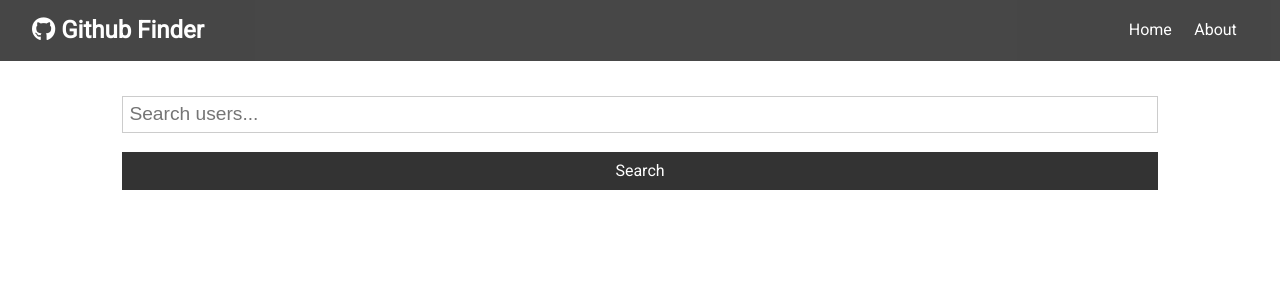
Repository: chinmayparab/github-finder
Page: /
The author's editor kept a copy of each file at every save. The page is drawn from the files as they stood at one save, then again after the next save.
The browser window is 1280 px wide. The pictures show the whole page.
Some web libraries are served in a nearby version. The project was rebuilt for these pictures with package versions that can differ from the ones it lists, and the page was loaded fresh each time. Also part of the build but not shown: src/components/layout/Alert.js, src/components/users/UserItem.js, src/components/layout/Spinner.js, src/components/pages/About.js. Imported but missing from the stored project, and not drawn on this page: src/components/users/User.

Above is the page before, as saved 2020-06-28 20:53:56.

### src/App.js
import React, { useState, Fragment } from "react";
import { BrowserRouter as Router, Switch, Route } from "react-router-dom";
import Navbar from "./components/layout/Navbar";
import Alert from "./components/layout/Alert";
import Users from "./components/users/Users";
import User from "./components/users/User";
import Search from "./components/users/Search";
import About from "./components/pages/About";
import axios from "axios";

import GithubState from "./context/github/GithubState";

import "./App.css";

const App = () => {
  const [users, setUsers] = useState([]);
  const [user, setUser] = useState({});
  const [repos, setRepos] = useState([]);
  const [loading, setLoading] = useState(false);
  const [alert, setAlert] = useState(null);

  // async componentDidMount() {
  //   this.setState({ loading: true });
  //   const res = await axios.get(
  //     `https://api.github.com/users?client_id=${process.env.REACT_APP_GITHUB_CLIENT_ID}&client_secret=${process.env.REACT_APP_GITHUB_CLIENT_SECRET}`
  //   );
  //   this.setState({ users: res.data, loading: false });
  // }

  // Searchy

  // Get specific users
  const getUser = async (username) => {
    setLoading(true);

    const res = await axios.get(
      `https://api.github.com/users/${username}?client_id=${process.env.REACT_APP_GITHUB_CLIENT_ID}&client_secret=${process.env.REACT_APP_GITHUB_CLIENT_SECRET}`
    );
    setUser(res.data);
    setLoading(false);
  };

  // get user repositories
  const getUserRepos = async (username) => {
    setLoading(true);

    const res = await axios.get(
      `https://api.github.com/users/${username}/repos?per_page=5&sort=created:asc&client_id=${process.env.REACT_APP_GITHUB_CLIENT_ID}&client_secret=${process.env.REACT_APP_GITHUB_CLIENT_SECRET}`
    );
    setRepos(res.data);
    setLoading(false);
  };

  // clear users
  const clearUsers = () => {
    setUsers([]);
    setLoading(false);
  };

  const showAlert = (msg, type) => {
    setAlert({ msg, type });
    setTimeout(() => setAlert(null), 3000);
  };

  return (
    // <GithubState>
    <Router>
      <div className='App'>
        <Navbar title='Github Finder' icon='fab fa-github'></Navbar>
        <div className='container'>
          <Alert alert={alert} />
          <Switch>
            <Route
              exact
              path='/'
              render={(props) => (
                <Fragment>
                  <Search
                    clearUsers={clearUsers}
                    showClear={users.length > 0 ? true : false}
                    setAlert={showAlert}
                  />
                  <Users loading={loading} users={users}></Users>
                </Fragment>
              )}
            />
            <Route exact path='/about' component={About} />
            <Route
              exact
              path='/user/:login'
              render={(props) => (
                <User
                  {...props}
                  getUser={getUser}
                  getUserRepos={getUserRepos}
                  user={user}
                  repos={repos}
                  loading={loading}
                />
              )}
            />
          </Switch>
        </div>
      </div>
    </Router>
    // </GithubState>
  );
};

export default App;

### src/components/layout/Navbar.js
import React from "react";
import PropTypes from "prop-types";
import { Link } from "react-router-dom";
const Navbar = ({ icon, title }) => {
  return (
    <nav className='navbar bg-dark'>
      <h1>
        <i className={icon} /> {title}
      </h1>
      <ul>
        <li>
          <Link to='/'>Home</Link>
        </li>
        <li>
          <Link to='/about'>About</Link>
        </li>
      </ul>
    </nav>
  );
};

Navbar.defaultProps = {
  title: "Github Finder",
  icon: "fab fa-github",
};

Navbar.propTypes = {
  title: PropTypes.string.isRequired,
  icon: PropTypes.string.isRequired,
};

export default Navbar;

### src/components/users/Users.js
import React from "react";
import UserItem from "./UserItem";
import Spinner from "../layout/Spinner";
import PropTypes from "prop-types";

const Users = ({ users, loading }) => {
  if (loading) {
    return <Spinner />;
  } else {
    return (
      <div style={userStyle}>
        {users.map((user) => (
          <UserItem key={user.id} user={user} />
        ))}
      </div>
    );
  }
};

Users.propTypes = {
  users: PropTypes.array.isRequired,
  loading: PropTypes.bool.isRequired,
};

const userStyle = {
  display: "grid",
  gridTemplateColumns: "repeat(3, 1fr)",
  gridGap: "1rem",
};

export default Users;

### src/components/users/Search.js
import React, { useState, useContext } from "react";
import PropTypes from "prop-types";
import GithubContext from "../../context/github/githubContext";

const Search = ({ showClear, clearUsers, setAlert }) => {
  const githubContext = useContext(GithubContext);

  const [text, setText] = useState("");

  const onSubmit = (e) => {
    e.preventDefault();
    if (text === "") {
      setAlert("Please enter something", "red");
    } else {
      githubContext.searchUsers(text);
      setText("");
    }
  };

  const onChange = (e) => setText(e.target.value);

  return (
    <div>
      <form onSubmit={onSubmit} className='form'>
        <input
          type='text'
          name='text'
          placeholder='Search users...'
          value={text}
          onChange={onChange}
        />
        <input
          type='submit'
          value='Search'
          className='btn btn-dark btn-block'
        />
      </form>
      {showClear && (
        <button className='btn btn-light btn-block' onClick={clearUsers}>
          Clear
        </button>
      )}
    </div>
  );
};

Search.propTypes = {
  clearUsers: PropTypes.func.isRequired,
  showClear: PropTypes.bool.isRequired,
  setAlert: PropTypes.func.isRequired,
};

export default Search;

### src/context/github/GithubState.js
import React, { useReducer } from "react";
import axios from "axios";
import GithubContext from "./githubContext";
import GithubReducer from "./githubReducer";
import {
  SEARCH_USERS,
  SET_LOADING,
  CLEAR_USERS,
  GET_REPOS,
  GET_USER,
} from "../types";

const GithubState = (props) => {
  const initialState = {
    users: [],
    user: {},
    repos: [],
    loading: false,
  };

  const [state, dispatch] = useReducer(GithubReducer, initialState);

  //   Search Users
  const searchUsers = async (text) => {
    setLoading();

    const res = await axios.get(
      `https://api.github.com/search/users?q=${text}&client_id=${process.env.REACT_APP_GITHUB_CLIENT_ID}&client_secret=${process.env.REACT_APP_GITHUB_CLIENT_SECRET}`
    );
    dispatch({
      type: SEARCH_USERS,
      payload: res.data.items,
    });
  };

  //   Get User

  //   Get Repos

  //   Clear Users

  //   Set Loading
  const setLoading = () => dispatch({ type: SET_LOADING });

  return (
    <GithubContext.Provider
      value={{
        users: state.users,
        user: state.user,
        repos: state.repos,
        loading: state.loading,
        searchUsers,
      }}
    ></GithubContext.Provider>
  );
};

export default GithubState;

### src/context/github/githubReducer.js
import {
  SEARCH_USERS,
  SET_LOADING,
  CLEAR_USERS,
  GET_REPOS,
  GET_USER,
} from "../types";

export default (state, action) => {
  switch (action.type) {
    case SEARCH_USERS:
      return {
        ...state,
        users: action.payload,
        loading: false,
      };
    case SET_LOADING:
      return {
        ...state,
        loading: true,
      };
    default:
      return state;
  }
};

Loaded but not shown: public/index.html (common file); src/index.js (common file); src/index.css (common file); src/App.css (common file); src/context/github/githubContext.js (common file); src/context/types.js (common file)

After the next save:
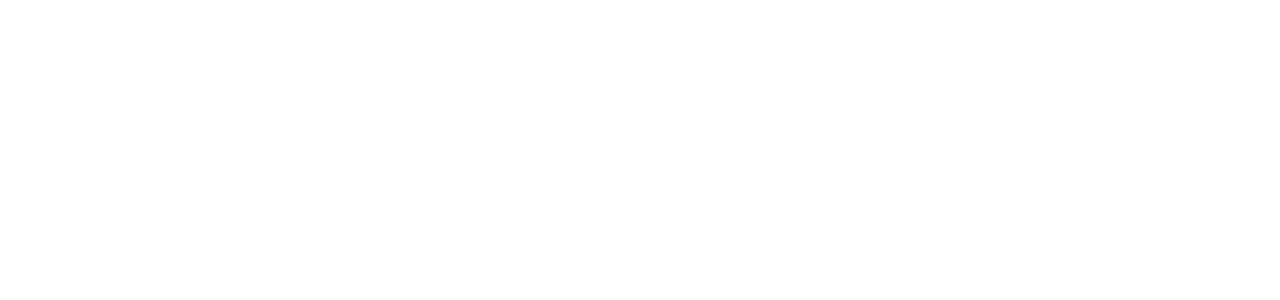
Saved 13 s later.
--- a/src/App.js
+++ b/src/App.js
@@ -63,47 +63,47 @@
   };
 
   return (
-    // <GithubState>
-    <Router>
-      <div className='App'>
-        <Navbar title='Github Finder' icon='fab fa-github'></Navbar>
-        <div className='container'>
-          <Alert alert={alert} />
-          <Switch>
-            <Route
-              exact
-              path='/'
-              render={(props) => (
-                <Fragment>
-                  <Search
-                    clearUsers={clearUsers}
-                    showClear={users.length > 0 ? true : false}
-                    setAlert={showAlert}
+    <GithubState>
+      <Router>
+        <div className='App'>
+          <Navbar title='Github Finder' icon='fab fa-github'></Navbar>
+          <div className='container'>
+            <Alert alert={alert} />
+            <Switch>
+              <Route
+                exact
+                path='/'
+                render={(props) => (
+                  <Fragment>
+                    <Search
+                      clearUsers={clearUsers}
+                      showClear={users.length > 0 ? true : false}
+                      setAlert={showAlert}
+                    />
+                    <Users loading={loading} users={users}></Users>
+                  </Fragment>
+                )}
+              />
+              <Route exact path='/about' component={About} />
+              <Route
+                exact
+                path='/user/:login'
+                render={(props) => (
+                  <User
+                    {...props}
+                    getUser={getUser}
+                    getUserRepos={getUserRepos}
+                    user={user}
+                    repos={repos}
+                    loading={loading}
                   />
-                  <Users loading={loading} users={users}></Users>
-                </Fragment>
-              )}
-            />
-            <Route exact path='/about' component={About} />
-            <Route
-              exact
-              path='/user/:login'
-              render={(props) => (
-                <User
-                  {...props}
-                  getUser={getUser}
-                  getUserRepos={getUserRepos}
-                  user={user}
-                  repos={repos}
-                  loading={loading}
-                />
-              )}
-            />
-          </Switch>
+                )}
+              />
+            </Switch>
+          </div>
         </div>
-      </div>
-    </Router>
-    // </GithubState>
+      </Router>
+    </GithubState>
   );
 };
 

After the save that followed:
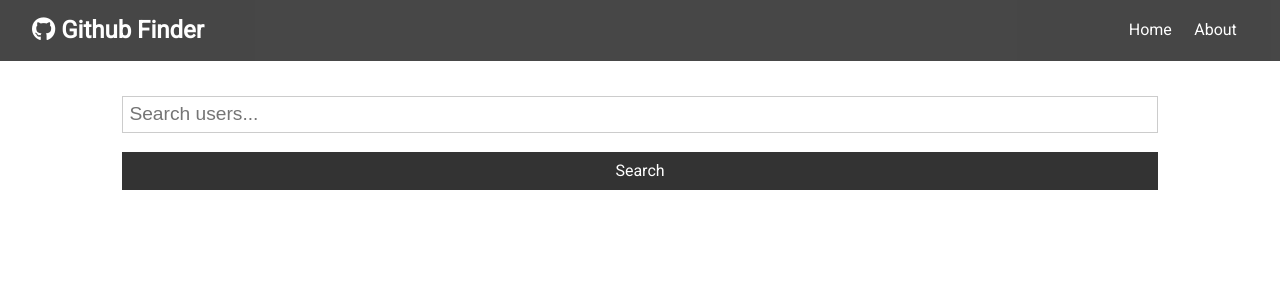
Saved 10 min 34 s later.
--- a/src/context/github/GithubState.js
+++ b/src/context/github/GithubState.js
@@ -51,7 +51,9 @@
         loading: state.loading,
         searchUsers,
       }}
-    ></GithubContext.Provider>
+    >
+      {props.children}
+    </GithubContext.Provider>
   );
 };
 
